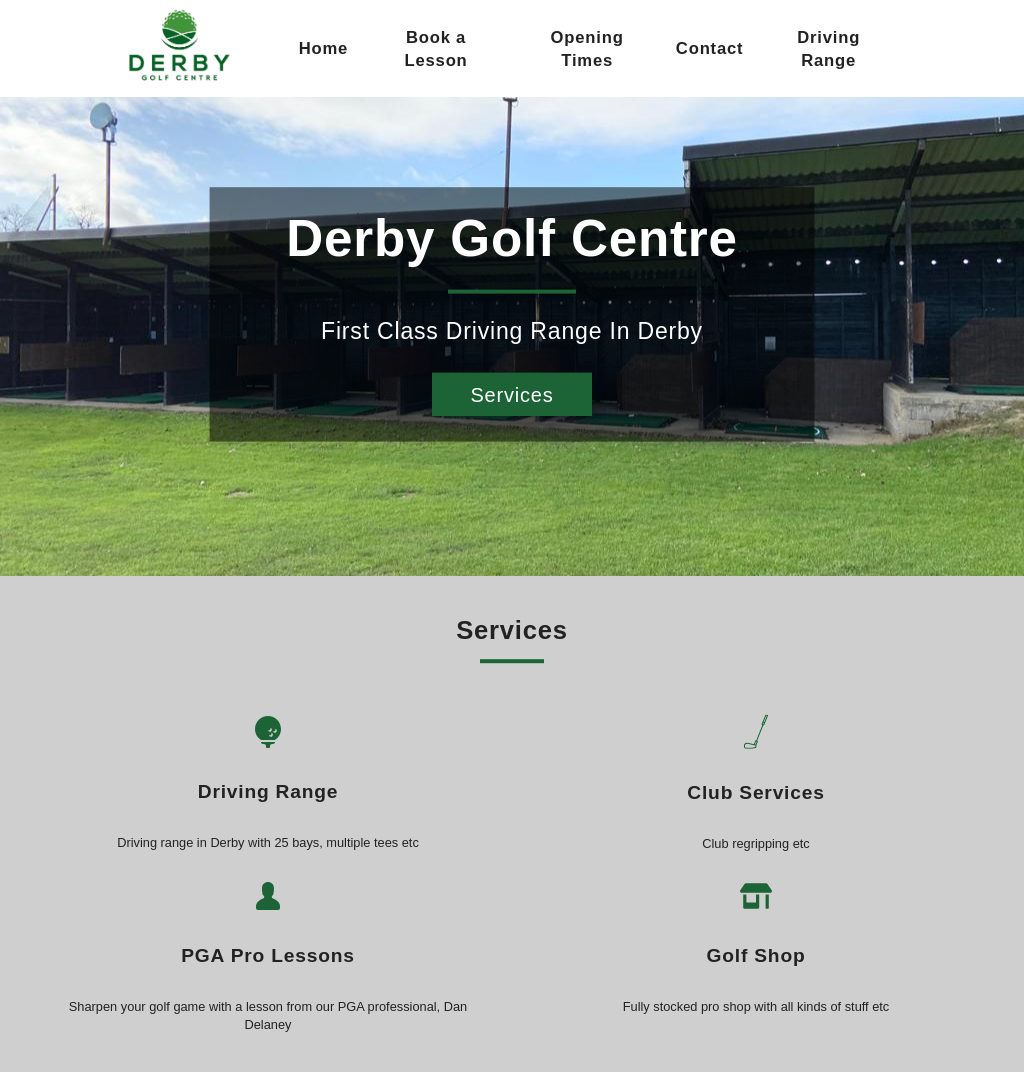
Repository: frankinstyyn/nigeljamesconsulting
Page: /
An editor plug-in stored every save of this project. The page is shown before and after the next save, followed by the edit.
The browser window is 1280 px wide. The pictures show the whole page, at 80% of full size.
Some web fonts or font styles are not loaded; a fallback is used. The project was rebuilt for these pictures with package versions that can differ from the ones it lists, and the page was loaded fresh each time. Also part of the build but not shown: src/pages/Lesson.js, src/pages/SingleRoom.js, src/pages/Error.js.

Above is the page before, as saved 2021-01-08 18:12:40.

### public/index.html
<!DOCTYPE html>
<html lang="en">
  <head>
    <meta charset="utf-8" />
    <link rel="icon" href="%PUBLIC_URL%/favicon.ico" />
    <meta name="viewport" content="width=device-width, initial-scale=1" />
    <meta name="theme-color" content="#000000" />
    <meta
      name="description"
      content="Web site created using create-react-app"
    />
    <link rel="apple-touch-icon" href="%PUBLIC_URL%/logo192.png" />
    <!--
      manifest.json provides metadata used when your web app is installed on a
      user's mobile device or desktop. See https://developers.google.com/web/fundamentals/web-app-manifest/
    -->
    <link rel="manifest" href="%PUBLIC_URL%/manifest.json" />
    <!--
      Notice the use of %PUBLIC_URL% in the tags above.
      It will be replaced with the URL of the `public` folder during the build.
      Only files inside the `public` folder can be referenced from the HTML.

      Unlike "/favicon.ico" or "favicon.ico", "%PUBLIC_URL%/favicon.ico" will
      work correctly both with client-side routing and a non-root public URL.
      Learn how to configure a non-root public URL by running `npm run build`.
    -->
    <title>Derby Golf Centre</title>
  </head>
  <body>
    <noscript>You need to enable JavaScript to run this app.</noscript>
    <div id="root"></div>
    <!--
      This HTML file is a template.
      If you open it directly in the browser, you will see an empty page.

      You can add webfonts, meta tags, or analytics to this file.
      The build step will place the bundled scripts into the <body> tag.

      To begin the development, run `npm start` or `yarn start`.
      To create a production bundle, use `npm run build` or `yarn build`.
    -->
  </body>
</html>

### src/index.js
import React from "react";
import ReactDOM from "react-dom";
import "./index.css";
import { BrowserRouter as Router } from "react-router-dom";
import App from "./App";
import reportWebVitals from "./reportWebVitals";

ReactDOM.render(
  <Router>
    <App />
  </Router>,
  document.getElementById("root")
);

// If you want to start measuring performance in your app, pass a function
// to log results (for example: reportWebVitals(console.log))
// or send to an analytics endpoint. Learn more: https://bit.ly/CRA-vitals
reportWebVitals();

### src/index.css
@import url("https://fonts.googleapis.com/css2?family=Darker+Grotesque:wght@300;800&display=swap");

body {
  margin: 0;
  font-family: -apple-system, BlinkMacSystemFont, "Segoe UI", "Roboto", "Oxygen",
    "Ubuntu", "Cantarell", "Fira Sans", "Droid Sans", "Helvetica Neue",
    sans-serif;
  -webkit-font-smoothing: antialiased;
  -moz-osx-font-smoothing: grayscale;
}

code {
  font-family: source-code-pro, Menlo, Monaco, Consolas, "Courier New",
    monospace;
}

### src/App.js
import "./App.css";
import Home from "./pages/Home";
import Lesson from "./pages/Lesson";
import SingleRoom from "./pages/SingleRoom";
import Error from "./pages/Error";

import { Route, Switch } from "react-router-dom";

import Navbar from "./components/Navbar";

function App() {
  return (
    <>
      <Navbar />
      <Switch>
        <Route exact path="/" component={Home} />
        <Route exact path="/lesson" component={Lesson} />
        <Route exact path="/lesson/:slug" component={SingleRoom} />
        <Route component={Error} />
      </Switch>
    </>
  );
}

export default App;

### src/App.css
* {
  margin: 0;
  padding: 0;
  box-sizing: border-box;
  font-family: "Darker Grotesque", sans-serif;
}
:root {
  --primaryColor: #1c6435;
  --mainWhite: #fff;
  --offWhite: #f7f7f7;
  --mainBlack: #222;
  --mainGrey: #ececec;
  --darkGrey: #cfcfcf;
  --mainTransition: all 0.3s linear;
  --mainSpacing: 1px;
  --lightShadow: 2px 5px 3px 0px rgba(0, 0, 0, 0.5);
  --darkShadow: 4px 10px 5px 0px rgba(0, 0, 0, 0.5);
}
/* globals */
body {
  padding-top: 66px;
  color: var(--mainBlack);
  background: var(--mainWhite);
  font-family: Verdana, Geneva, Tahoma, sans-serif;
  line-height: 1.4;
}
h1 {
  font-size: 3em;
  line-height: 1;
  margin-bottom: 0.5em;
}
h2 {
  font-size: 2em;
  margin-bottom: 0.75em;
}
h3 {
  font-size: 1.5em;
  line-height: 1;
  margin-bottom: 1em;
}
h4 {
  font-size: 1.2em;
  line-height: 1.25;
  margin-bottom: 1.25em;
}
h5 {
  font-size: 1em;
  font-weight: bold;
  margin-bottom: 1.5em;
}
h6 {
  font-size: 1em;
  font-weight: bold;
  margin-bottom: 1.5em;
}

.btn-primary {
  display: inline-block;
  text-decoration: none;
  letter-spacing: var(--mainSpacing);
  color: var(--mainWhite);
  background: var(--primaryColor);
  padding: 0.4rem 0.9rem;
  border: 3px solid var(--primaryColor);
  transition: var(--mainTransition);
  /* text-transform: uppercase; */
  cursor: pointer;
  width: 200px;
  font-size: 25px;
}
.btn-primary:hover {
  background: transparent;
  color: var(--primaryColor);
}
.loading {
  text-transform: capitalize;
  text-align: center;
  margin-top: 3rem;
}
.error {
  text-align: center;
  text-transform: uppercase;
  margin: 2rem 0;
}
.empty-search {
  text-align: center;
  text-transform: capitalize;
  margin: 2rem 0;
  padding: 1rem;
  letter-spacing: var(--mainSpacing);
}
/* end of globals */
/* Navbar */
.logo {
  height: 91px;
}
.navbar {
  position: fixed;
  top: 0;
  left: 0;
  width: 100%;
  padding: 0.75rem 2rem;
  background: var(--mainWhite);
  z-index: 1;
  display: inline-block;
  vertical-align: middle;
  text-align: center;
}
.nav-header {
  display: flex;
  justify-content: space-between;
}
.nav-btn {
  background: transparent;
  border: none;
  cursor: pointer;
  outline: none;
  color: red;
}
.nav-icon {
  font-size: 1.5rem;
  color: var(--primaryColor);
}
.nav-links {
  height: 0;
  overflow: hidden;
  transition: var(--mainTransition);
  list-style-type: none;
  align-items: center;
}
.nav-links a {
  display: block;
  text-decoration: none;
  padding: 1rem;
  color: var(--mainBlack);
  transition: var(--mainTransition);
  text-align: center;
  font-size: 1.3rem;
  font-weight: 600;
  letter-spacing: var(--mainSpacing);
}
.nav-links a:hover {
  color: var(--mainWhite);
  background: var(--primaryColor);
}

.show-nav {
  height: 310px;
}
@media screen and (min-width: 1028px) {
  .nav-btn {
    display: none;
  }
  .nav-center {
    max-width: 1170px;
    margin: 0 10%;
    display: flex;
  }
  .nav-links {
    height: auto;
    display: flex;
    margin-left: 4rem;
  }
  .nav-links a {
    /* margin: 0 1rem; */
    padding: 1rem;
  }
}
/* end of navbar */
/* Hero */
.defaultHero,
.lessonHero {
  min-height: calc(100vh - 66px);
  background: url("./images/defaultBcg.jpeg") center/cover no-repeat;
  display: flex;
  align-items: center;
  justify-content: center;
}
.lessonHero {
  background-image: url("./images/room-2.jpeg");
  /* min-height: 60vh; */
}
/* End of Hero */
/* Banner */
.banner {
  display: inline-block;
  background: rgba(0, 0, 0, 0.5);
  color: var(--mainWhite);
  padding: 2rem 1rem;
  text-align: center;
  text-transform: capitalize;
  letter-spacing: var(--mainSpacing);
}
.banner h1 {
  font-size: 2.5rem;
}
.banner div {
  width: 10rem;
  height: 5px;
  background: var(--primaryColor);
  margin: 1.7rem auto;
}
.banner p {
  font-size: 1.8rem;
  margin-bottom: 2rem;
}
@media screen and (min-width: 576px) {
  .banner {
    padding: 2rem 3rem;
  }
  .banner h1 {
    font-size: 3rem;
  }
}
@media screen and (min-width: 992px) {
  .banner {
    padding: 2rem 6rem;
  }
  .banner h1 {
    font-size: 4rem;
  }
}
/* End of Banner */
/* Title */
.section-title {
  text-align: center;
  margin-bottom: 4rem;
}
.section-title h4 {
  font-size: 2rem;
  letter-spacing: var(--mainSpacing);
  text-transform: capitalize;
  margin-bottom: 1rem;
}
.section-title div {
  width: 5rem;
  height: 5px;
  margin: 0 auto;
  background: var(--primaryColor);
}
/* end of Title */

/* services */
.services {
  padding: 3rem 0;
}
.services {
  background: var(--darkGrey);
  text-align: center;
}
.services-center {
  width: 90vw;
  margin: 0 auto;
  display: grid;
  grid-template-columns: repeat(auto-fit, minmax(450px, 1fr));
  grid-row-gap: 2rem;
  grid-column-gap: 50px;
}
.service span {
  display: inline-block;
  color: var(--primaryColor);
  font-size: 2.5rem;
  margin-bottom: 1.5rem;
}
.services h6 {
  letter-spacing: var(--mainSpacing);
  font-size: 1.5rem;
}
.services p {
  width: 80%;
  margin: 0 auto;
  font-size: 1rem;
}

.servicesImg {
  width: 30px;
  stroke: var(--primaryColor);
  stroke-width: 10;
}
@media screen and (min-width: 992px) {
  .services-center {
    width: 95vw;
    max-width: 1170px;
  }
}

@media screen and (min-width: 1200px) {
  .services p {
    width: 100%;
  }
}
/*end of services */
/* featured rooms */

.featured-rooms {
  padding: 5rem 0;
}
.featured-rooms-center {
  width: 80vw;
  margin: 0 auto;
  display: grid;
  grid-template-columns: repeat(auto-fit, minmax(270px, 1fr));
  grid-row-gap: 2rem;
  grid-column-gap: 40px;
}
@media screen and (min-width: 776px) {
  .featured-rooms-center {
    width: 90vw;
    grid-template-columns: repeat(auto-fit, minmax(330px, 1fr));
  }
}
@media screen and (min-width: 992px) {
  .featured-rooms-center {
    width: 95vw;
    max-width: 1170px;
  }
}
/* end pf featured rooms */
/* room */
.room {
  box-shadow: var(--lightShadow);
  transition: var(--mainTransition);
}
.room:hover {
  box-shadow: var(--darkShadow);
}

.img-container {
  position: relative;
}
.img-container img {
  width: 100%;
  display: block;
  transition: var(--mainTransition);
}
.price-top {
  position: absolute;
  top: 0;
  left: 0;
  background: rgba(0, 0, 0, 0.8);
  color: var(--mainWhite);
  padding: 0.3rem 0.6rem 0.5rem;
  border-bottom-right-radius: 1rem;
  font-size: 0.5rem;
  text-align: center;
  transition: var(--mainTransition);
}
.price-top h6 {
  margin-bottom: 0;
  font-size: 0.9rem;
  font-weight: 300;
  letter-spacing: var(--mainSpacing);
}
.room-link {
  position: absolute;
  top: 50%;
  left: 50%;
  transform: scale(0);
  transition: all 0.3s linear;
}
.img-container:hover {
  background: rgba(0, 0, 0, 0.8);
}
.img-container:hover img {
  opacity: 0.3;
}
.img-container:hover .price-top {
  opacity: 0;
}
.img-container:hover .room-link {
  transform: translate(-50%, -50%) scale(1);
}
.room-info {
  background: var(--darkGrey);
  text-transform: capitalize;
  padding: 0.5rem 0;
  text-align: center;
  font-weight: 700;
  letter-spacing: var(--mainSpacing);
}
/* end of room  */
/* single room*/

.single-room {
  padding: 5rem 0 0 0;
}
.single-room-images {
  width: 80vw;
  margin: 0 auto;
  display: grid;
  grid-template-columns: repeat(auto-fit, minmax(350px, 1fr));
  grid-row-gap: 2rem;
  grid-column-gap: 50px;
}
.single-room-images img {
  width: 100%;
  display: block;
}
.single-room-info {
  width: 80vw;
  display: grid;
  grid-template-columns: 1fr;
  margin: 2rem auto;
}
.desc,
.info {
  margin: 1rem 0;
}
.desc h3 {
  text-transform: capitalize;
  letter-spacing: var(--mainSpacing);
}
.desc p {
  line-height: 1.5;
}
.info h3,
.info h6 {
  text-transform: capitalize;
  letter-spacing: var(--mainSpacing);
}

.info h6 {
  font-weight: 300;
}
.room-extras {
  width: 80vw;
  margin: 0 auto 3rem auto;
}
.room-extras h6 {
  text-transform: capitalize;
  letter-spacing: var(--mainSpacing);
}
.extras {
  list-style-type: none;
  display: grid;
  grid-template-columns: repeat(auto-fit, minmax(330px, 1fr));
  grid-column-gap: 2rem;
  grid-row-gap: 1rem;
}
@media screen and (min-width: 992px) {
  .single-room-images,
  .single-room-info,
  .room-extras {
    width: 95vw;
    max-width: 1170px;
  }
  .single-room-info {
    display: grid;
    grid-template-columns: 1fr 1fr;
    grid-column-gap: 2rem;
  }
  .info {
    padding-left: 3rem;
  }
}
/* end of single room*/
/* roomlist */
.roomslist {
  padding: 5rem 0;
}
.roomslist-center {
  width: 80vw;
  margin: 0 auto;
  display: grid;
  grid-template-columns: repeat(auto-fill, minmax(270px, 1fr));
  grid-row-gap: 2rem;
  grid-column-gap: 30px;
}

@media screen and (min-width: 776px) {
  .roomslist-center {
    width: 90vw;
  }
}
@media screen and (min-width: 992px) {
  .roomslist-center {
    width: 95vw;
    max-width: 1170px;
  }
}
/* end of roomlist */
/*  rooms fitler*/
.filter-container {
  padding: 5rem 0;
}
.filter-form {
  width: 60vw;
  margin: 0 auto;
  display: grid;
  grid-template-columns: repeat(auto-fit, minmax(202px, 1fr));
  grid-row-gap: 2rem;
  grid-column-gap: 40px;
}
.form-group {
  text-transform: capitalize;
}
.form-group label {
  display: block;
  letter-spacing: var(--mainSpacing);
  margin-bottom: 0.5rem;
}
.form-control {
  width: 100%;
  background: transparent;
  font-size: 1rem;
}
.size-inputs {
  display: flex;
}
.size-input {
  width: 40%;
  padding: 0.2rem;
  border: 1px solid var(--mainBlack);
  border-radius: 0.3rem;
  margin-right: 0.3rem;
}
.single-extra label {
  display: inline-block;
  font-size: 0.8rem;
  margin-left: 0.5rem;
}
@media screen and (min-width: 776px) {
  .filter-form {
    width: 70vw;
  }
}
@media screen and (min-width: 992px) {
  .filter-form {
    width: 95vw;
    max-width: 1170px;
  }
}
/* end of rooms fitler*/

### src/pages/Home.js
import React from "react";
import Hero from "../components/Hero";
import Banner from "../components/Banner";
import { Link } from "react-router-dom";
import Services from "../components/Services"

export default function Home() {
  return (
    <>
    <Hero hero="defaultHero" >
      <Banner title="Derby Golf Centre" subtitle="First class Driving Range in Derby">
        <Link to="/lesson" className="btn-primary">
          Services
      </Link>
      </Banner>
      </Hero>
      <Services />
      </>
  );
}

### src/components/Navbar.js
import React, { Component } from "react";
// import { IoGolf } from "react-icons/io5";
import logo from "../images/sdrlogo.jpeg";
import { FaAlignRight } from "react-icons/fa";
import { Link } from "react-router-dom";

export default class Navbar extends Component {
  state = {
    isOpen: false,
  }
  handleToggle = () => {
    this.setState({ isOpen: !this.state.isOpen });
  }
  render() {
    return <nav className="navbar">
      <div class="nav-center">
        <div class="nav-header">
          <Link to="/">
            <img className="logo" src={logo} alt="Derby Golf Centre" />
          </Link>
          <button type="button" className="nav-btn" onClick={this.handleToggle}>
            <FaAlignRight className="nav-icon" />
          </button>
        </div>
        <ul className={this.state.isOpen ? "nav-links show-nav" : "nav-links"}>
          <li>
            <Link to="/">Home</Link>
          </li>
          <li>
            <Link to="/lesson">Book a Lesson</Link>
          </li>
          <li>
            <Link to="/opening-times">Opening Times</Link>
          </li>
          <li>
            <Link to="/contact">Contact</Link>
          </li>
          <li>
            <Link to="/driving-range">Driving Range</Link>
          </li>
        </ul>
      </div>
    </nav>;
  }
}

### src/components/Hero.js
import React from 'react'

export default function Hero({children, hero}) {
    return (
        <header className={hero}>{children}</header>
    )
}

### src/components/Banner.js
import React from 'react'

export default function Banner({children,title,subtitle}) {
    return (
        <div className="banner">
            <h1>{title}</h1>
            <div></div>
            <p>{subtitle}</p>
            {children}
        </div>
    )
}

### src/components/Services.js
import React, { Component } from 'react'
import { FaGolfBall, FaStoreAlt } from 'react-icons/fa'
import { GoPerson } from "react-icons/go";
import golfclub from '../images/golf-club.svg'
import Title from "./Title"


export default class Services extends Component {
    state = {
        services: [
            {
                icon: <FaGolfBall />,
                title: "Driving Range",
                info: "Driving range in Derby with 25 bays, multiple tees etc"
            },
            {
                icon: <img src={golfclub} className="servicesImg" alt="Club Services"/>,
                title: "Club Services",
                info: "Club regripping etc"
            },
            {
                icon: <GoPerson />,
                title: "PGA Pro Lessons",
                info: "Sharpen your golf game with a lesson from our PGA professional, Dan Delaney"
            },
            {
                icon: <FaStoreAlt />,
                title: "Golf Shop",
                info: "Fully stocked pro shop with all kinds of stuff etc"
            }
        ]
    };
    render() {
        return (
            <section className="services">
                <Title title="services" />
                <div className="services-center">
                    {this.state.services.map((item, index) => {
                        return (
                            <article key={index} className="service">
                                <span>{item.icon}</span>
                                <h6>{item.title}</h6>
                                <p>{item.info}</p>
                            </article>
                        )
                    })}
                </div>
            </section>
        )
    }
}

Loaded but not shown: src/reportWebVitals.js (common file); src/components/Title.js (common file)

After the next save:
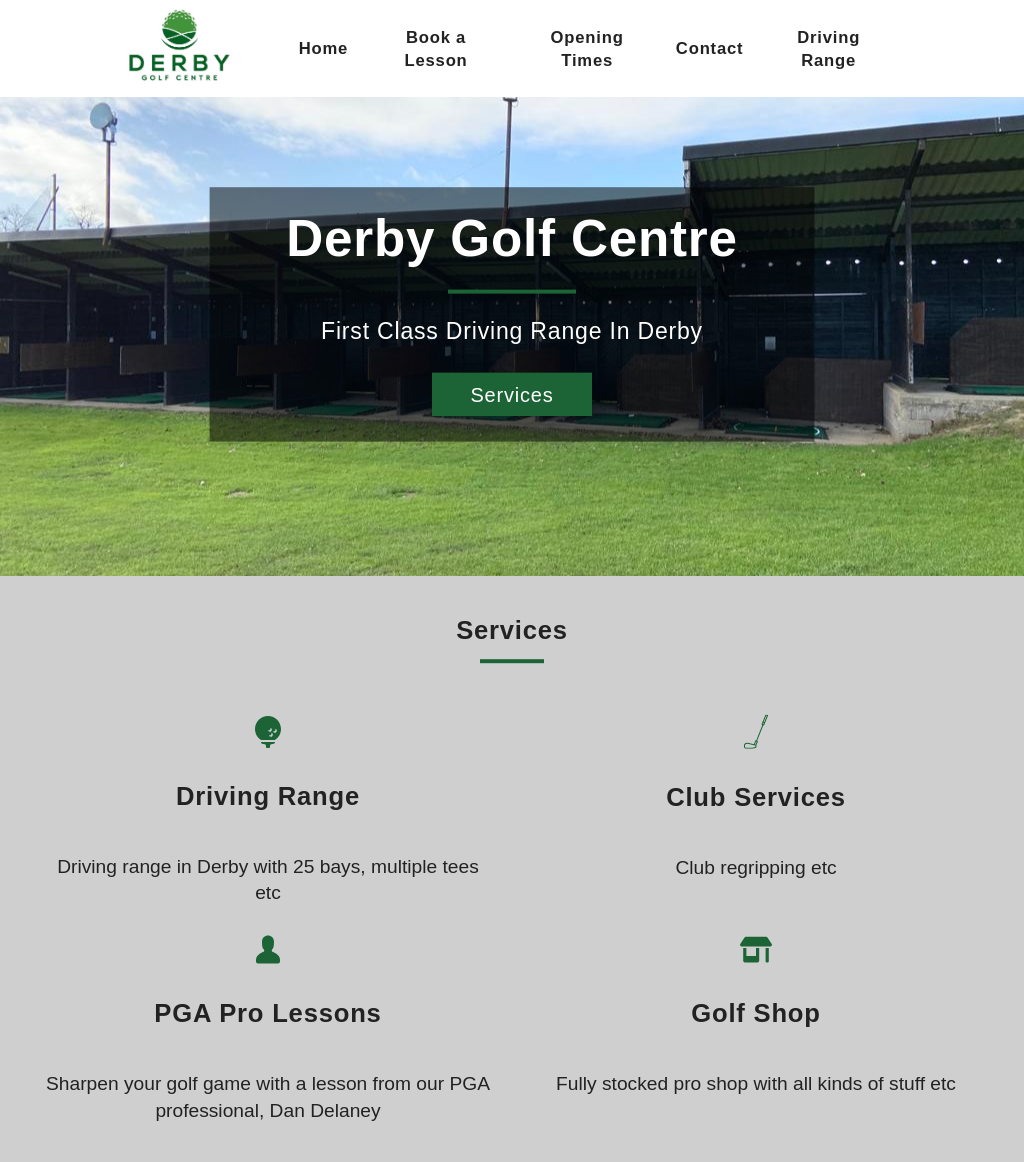
Saved 27 s later.
--- a/src/App.css
+++ b/src/App.css
@@ -264,12 +264,12 @@
 }
 .services h6 {
   letter-spacing: var(--mainSpacing);
-  font-size: 1.5rem;
+  font-size: 2rem;
 }
 .services p {
   width: 80%;
   margin: 0 auto;
-  font-size: 1rem;
+  font-size: 1.5rem;
 }
 
 .servicesImg {
